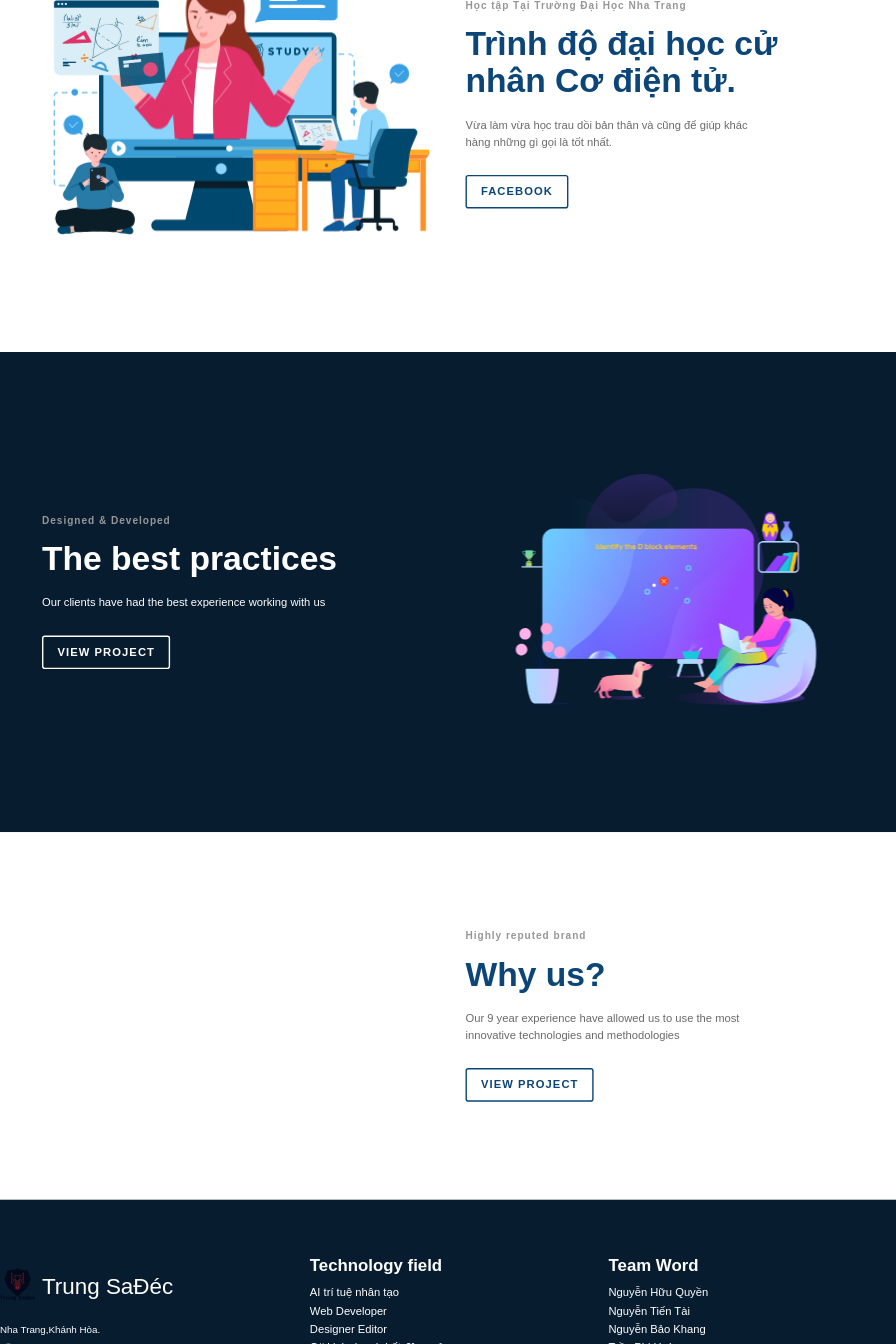
Repository: fdhhhdjd/Profile-Gift-B_H_Q_Trung
Page: /
An editor plug-in stored every save of this project. The page is shown before and after the next save, followed by the edit.
The browser window is 1280 px wide. The pictures show the part of the page from y = 1857 to 3777 px (the page is 3937 px tall before and 3944 px after), at 70% of full size.
The project was rebuilt for these pictures with package versions that can differ from the ones it lists, and the page was loaded fresh each time. Also part of the build but not shown: src/Styles/PricingStyles.js, src/Data/PricingData.js, src/Pages/PricingPage.js. Imported but missing from the stored project, and not drawn on this page: src/Pages/SignUpPage.

Above is the page before, as saved 2021-10-29 11:19:52.

### src/App.js
import logo from "./logo.svg";
import "./App.css";
import { BrowserRouter as Router, Switch, Route } from "react-router-dom";
import {
  Home,
  Navbar,
  GlobalStyles,
  PricingPage,
  Footer,
} from "./Imports/Index";
function App() {
  return (
    <>
      <Router>
        <GlobalStyles />
        <Navbar />
        <Switch>
          <Route path="/" exact component={Home} />
          <Route path="/pricing" exact component={PricingPage} />
        </Switch>
        <Footer />
      </Router>
    </>
  );
}

export default App;

### src/App.css
.App {
  text-align: center;
}
*{
  text-decoration: none;
}

.App-logo {
  height: 40vmin;
  pointer-events: none;
}

@media (prefers-reduced-motion: no-preference) {
  .App-logo {
    animation: App-logo-spin infinite 20s linear;
  }
}

.App-header {
  background-color: #282c34;
  min-height: 100vh;
  display: flex;
  flex-direction: column;
  align-items: center;
  justify-content: center;
  font-size: calc(10px + 2vmin);
  color: white;
}

.App-link {
  color: #61dafb;
}

@keyframes App-logo-spin {
  from {
    transform: rotate(0deg);
  }
  to {
    transform: rotate(360deg);
  }
}

### src/Imports/Index.js
export { default as Home } from "../Pages/Home";
export { default as PricingPage } from "../Pages/PricingPage";
export { default as SignUpPage } from "../Pages/SignUpPage";
export { default as Navbar } from "../Components/Navbar";
export { default as GlobalStyles } from "../Styles/GlobalStyles";
export { default as Hero } from "../Components/Hero";
export { default as Footer } from "../Pages/Footer";

### src/Pages/Home.js
import React, { memo, useRef, useEffect } from "react";
import { Hero } from "../Imports/Index";
import FeaturesData from "../Components/FeaturesData";
import { Content } from "../Components/Content";
import { heroOne, heroTwo, heroThree } from "../Data/HeroData";
const Home = () => {
  return (
    <>
      <Hero />
      <FeaturesData />
      <Content {...heroOne} />
      <Content {...heroTwo} />
      <Content {...heroThree} />
    </>
  );
};

export default memo(Home);

### src/Components/Navbar.js
import React, { useState, memo } from "react";
import { data } from "../Data/NavbarData";
import { FaRProject, FaTimes } from "react-icons/fa";
import { CgMenuRight } from "react-icons/cg";
import { IconContext } from "react-icons";
import { useLocation, useHistory } from "react-router-dom";
import {
  Nav,
  NavbarContainer,
  NavIcon,
  NavLogo,
  MobileIcon,
  NavMenu,
  NavItem,
  NavLinks,
} from "../Styles/NavbarStyles";
const Navbar = () => {
  const [show, setShow] = useState(false);
  let history = useHistory();
  let location = useLocation();
  const handleClick = () => {
    setShow(!show);
  };
  const scrollTo = (id) => {
    const element = document.getElementById(id);

    element.scrollIntoView({
      behavior: "smooth",
    });
  };
  const closeMobileMenu = (to, id) => {
    if (id && location.pathname === "/") {
      scrollTo(id);
    }

    history.push(to);
    setShow(false);
  };

  return (
    <>
      <IconContext.Provider value={{ color: "#fff" }}>
        <Nav>
          <NavbarContainer>
            <NavLogo to="/">
              <NavIcon src="./assets/logo2.png" alt="logo" />
              Trung&nbsp;SaĐéc
            </NavLogo>
            <MobileIcon onClick={handleClick}>
              {show ? <FaTimes /> : <CgMenuRight />}
            </MobileIcon>
            <NavMenu show={show}>
              {data.map((el, index) => (
                <NavItem key={index}>
                  <NavLinks onClick={() => closeMobileMenu(el.to, el.id)}>
                    {el.title}
                  </NavLinks>
                </NavItem>
              ))}
            </NavMenu>
          </NavbarContainer>
        </Nav>
      </IconContext.Provider>
    </>
  );
};

export default memo(Navbar);

### src/Components/Hero.js
import React, { useEffect, useRef, memo } from "react";
import { Button, Container, MainHeading } from "../Styles/GlobalStyles";
import {
  HeroVideo,
  HeroSection,
  HeroText,
  ButtonWrapper,
  HeroButton,
  CardB,
  ContactHero,
} from "../Styles/HeroStyles";
import { Typewriter } from "react-simple-typewriter";
import { Link } from "react-router-dom";
const Hero = () => {
  return (
    <>
      <HeroSection>
        <HeroVideo src="./assets/hero.mp4" autoPlay loop />
        <Container>
          <MainHeading>
            Hi,
            <CardB>
              <Typewriter
                loop
                cursor
                cursorStyle={"_"}
                pauseFor={1000}
                delaySpeed={3000}
                color="red"
                deleteSpeed={100}
                words={["I'm Bùi Huỳnh Quốc Trung "]}
              />
            </CardB>
          </MainHeading>
          <HeroText>
            Tôi,chuyên kiểm thử chip và làm vi mạch thiết bị điện tử tự động.
          </HeroText>
          <ButtonWrapper>
            <Link to="signup">
              <Button>Liên Hệ Ngay</Button>
            </Link>
            <a href="tel:0798805741">
              <HeroButton>Gọi Ngay</HeroButton>
            </a>
          </ButtonWrapper>
        </Container>
      </HeroSection>
    </>
  );
};

export default memo(Hero);

### src/Pages/Footer.js
import React from "react";
import {
  FooterLinkItems,
  FooterLinkTitle,
  FooterLink,
  FooterLogo,
  SocialIcon,
  FooterRights,
  FooterSocialIcon,
  FooterWrapper,
  FooterAddress,
  FooterColumn,
  FooterGrid,
} from "../Styles/FooterStyles";
import { footerData, footerSocialData } from "../Data/FooterData";
import { Row, Section } from "../Styles/GlobalStyles";

function Footer() {
  return (
    <Section padding="4rem 0 2rem 0">
      <FooterWrapper>
        <FooterGrid justify="space-between">
          <FooterColumn id="footerLogo">
            <FooterLogo to="/">
              <SocialIcon src="./assets/logo1.png" />
              Trung SaĐéc
            </FooterLogo>
            <FooterAddress>Nha Trang,Khánh Hòa.</FooterAddress>

            <Row align="center" margin="auto  0 0 0" gap="1rem">
              {footerSocialData.map((social, index) => (
                <FooterSocialIcon
                  key={index}
                  href={social.href}
                  target="_blank"
                  aria-label={social.name}
                >
                  {social.icon}
                </FooterSocialIcon>
              ))}
            </Row>
          </FooterColumn>
          {footerData.map((footerItem, index) => (
            <FooterLinkItems key={index}>
              <FooterLinkTitle>{footerItem.title}</FooterLinkTitle>
              {footerItem.links.map((link, linkIndex) => (
                <FooterLink key={linkIndex} href={link.href} target="_blank">
                  {link.name}
                </FooterLink>
              ))}
            </FooterLinkItems>
          ))}
        </FooterGrid>
        <FooterRights>
          Build React Website by Tai Heo Dev Web © 2021
        </FooterRights>
      </FooterWrapper>
    </Section>
  );
}

export default Footer;

### src/Components/FeaturesData.js
import React, { memo } from "react";
import { Section, Container } from "../Styles/GlobalStyles";
import {
  FeatureText,
  FeatureTitle,
  FeatureWrapper,
  FeatureColumn,
  FeatureImageWrapper,
  FeatureName,
  FeatureTextWrapper,
} from "../Styles/FeaturesStyles";
import { featuresData } from "../Data/FeaturesData";
const FeaturesData = () => {
  const initial = {
    y: 40,
    opacity: 0,
  };
  const animate = {
    y: 0,
    opacity: 1,
  };

  return (
    <>
      <Section smPadding="50px 10px" position="relative" inverse id="about">
        <Container>
          <FeatureTextWrapper>
            <FeatureTitle>Chúng tôi cung cấp gì cho bạn ?</FeatureTitle>
          </FeatureTextWrapper>
          <FeatureWrapper>
            {featuresData.map((el, index) => (
              <>
                <FeatureColumn
                  initial={initial}
                  animate={animate}
                  transition={{ duration: 0.5 + index * 0.1 }}
                  key={index}
                >
                  <FeatureImageWrapper className={el.imgClass}>
                    {el.icon}
                  </FeatureImageWrapper>
                  <FeatureName>{el.name}</FeatureName>
                  <FeatureText>{el.description}</FeatureText>
                </FeatureColumn>
              </>
            ))}
          </FeatureWrapper>
        </Container>
      </Section>
    </>
  );
};

export default memo(FeaturesData);

### src/Components/Content.js
import React, { useEffect, useRef } from "react";
import { Container, Section } from "../Styles/GlobalStyles";
import {
  ContentRow,
  TextWrapper,
  TopLine,
  Heading,
  ContentButton,
  Subtitle,
  ImgWrapper,
  Img,
  ContentColumn,
  ContentA,
  ContentButtonEmail,
} from "../Styles/ContentStyles";
export const Content = ({
  primary,
  topLine,
  headline,
  description,
  buttonLabel,
  img,
  alt,
  inverse,
  reverse,
  buttonLabelEmail,
  href,
  hrefEm,
  Arrow,
}) => {
  const img1 = useRef(Arrow);
  return (
    <Section inverse={inverse}>
      <Container>
        <ContentRow reverse={reverse}>
          <ContentColumn>
            <TextWrapper>
              <TopLine>{topLine.text}</TopLine>
              <Heading inverse={inverse}>{headline}</Heading>
              <Subtitle inverse={inverse}>{description}</Subtitle>
              <ContentA href={href} target="_blank">
                <ContentButton inverse={inverse} primary={primary}>
                  {buttonLabel}
                </ContentButton>
                &nbsp;&nbsp; &nbsp;
              </ContentA>
              {/* <ContentA href={hrefEm} target="_blank">
                <ContentButtonEmail inverse={inverse} primary={primary}>
                  {buttonLabelEmail}
                </ContentButtonEmail>
              </ContentA> */}
            </TextWrapper>
          </ContentColumn>
          <ContentColumn>
            <ImgWrapper>
              <Img options={img} />
            </ImgWrapper>
          </ContentColumn>
        </ContentRow>
      </Container>
    </Section>
  );
};

### src/Data/HeroData.js
import * as study from "../Json/study.json";
import * as practice from "../Json/practice.json";
const defaultOptions = {
  loop: true,
  autoplay: true,
  animationData: study.default,
  rendererSettings: {
    preserveAspectRatio: "xMidYMid slice",
  },
};
const defaultOptions1 = {
  loop: true,
  autoplay: true,
  animationData: practice.default,
  rendererSettings: {
    preserveAspectRatio: "xMidYMid slice",
  },
};
export const heroOne = {
  reverse: true,
  inverse: true,
  topLine: {
    text: "Học tập Tại Trường Đại Học Nha Trang",
  },
  headline: "Trình độ đại học cử nhân Cơ điện tử.",
  description:
    "Vừa làm vừa học trau dồi bản thân và cũng để giúp khác hàng những gì gọi là tốt nhất.",
  buttonLabel: "Facebook",
  buttonLabelEmail: "Email",
  href: "https://www.facebook.com/profile.php?id=100009136510942",
  hrefEm: "mailto:buihuynhquoctrung@gmail.com",
  imgStart: "start",
  img: defaultOptions,
  start: "true",
};

export const heroTwo = {
  reverse: false,
  inverse: false,
  topLine: {
    text: "Designed & Developed",
  },
  headline: "The best practices",
  description: "Our clients have had the best experience working with us",
  buttonLabel: "View Project",

  linkTo: "/more",
  imgStart: "start",
  img: defaultOptions1,
  start: "true",
};

export const heroThree = {
  reverse: true,
  inverse: true,
  topLine: {
    text: "Highly reputed brand",
  },
  headline: "Why us? ",
  description:
    "Our 9 year experience have allowed us to use the most innovative technologies and methodologies",
  buttonLabel: "View Project",

  linkTo: "/download",
  imgStart: "",
  img: "./assets/svg/ChartUp.svg",
  start: "true",
};

### src/Data/NavbarData.js
export const data = [
  {
    to: "/",
    title: "About",
    id: "about",
  },
  {
    to: "/signup",
    title: "Contact",
  },
  {
    to: "/pricing",
    title: "Pricing",
  },
];

### src/Styles/NavbarStyles.js
import styled from "styled-components";
import { Container } from "../Styles/GlobalStyles";
import { Link } from "react-router-dom";
export const Nav = styled.nav`
  background: transparent;
  margin-bottom: -80px;
  height: 80px;
  display: flex;
  justify-content: center;
  align-items: center;
  font-size: 1.2rem;
  position: absolute;
  top: 0;
  z-index: 50;
  width: 100%;

  transition: background-color 0.3s ease-in;
`;

export const NavbarContainer = styled(Container)`
  display: flex;
  justify-content: start;
  height: 80px;

  ${Container}
`;

export const NavLogo = styled(Link)`
  color: #fff;
  justify-self: flex-start;
  cursor: pointer;
  text-decoration: none;
  font-size: 2rem;
  display: flex;
  align-items: center;
  z-index: 50;
`;

export const NavIcon = styled.img`
  margin-right: 0, 5rem;
  width: 5rem;
`;

export const MobileIcon = styled.div`
  display: none;
  z-index: 50;

  @media screen and (max-width: 960px) {
    display: block;
    position: absolute;
    top: 0;
    right: 0;
    transform: translate(-100%, 60%);
    font-size: 1.8rem;
    cursor: pointer;
  }
`;

export const NavMenu = styled.ul`
  display: flex;
  align-items: center;
  list-style: none;
  text-align: center;
  width: 100%;

  @media screen and (max-width: 960px) {
    flex-direction: column;
    width: 100%;
    height: 100vh;
    position: fixed;
    padding-top: 30%;
    top: 0;
    left: 0;
    opacity: ${({ show }) => (show ? 1 : 0)};
    visibility: ${({ show }) => (show ? "visible" : "hidden")};
    transform: translateY(${({ show }) => (show ? "0" : "-10px")});
    transition: opacity 0.5s ease;
    background-color: #071c2f;
  }

  > li:first-child {
    margin-left: auto;
  }
`;

export const NavItem = styled.li`
  height: 80px;
  cursor: pointer;

  @media screen and (max-width: 960px) {
    width: 100%;

    &:hover {
      border: none;
    }
  }
`;

export const NavLinks = styled.span`
  color: #fff;
  display: flex;
  align-items: center;
  text-decoration: none;
  padding: 0.5rem 1rem;
  height: 100%;

  &:hover {
    color: #c8c9d8;
    transition: all 0.3s ease;
  }

  @media screen and (max-width: 960px) {
    text-align: center;
    padding: 2rem;
    width: 100%;
    display: table;

    &:hover {
      color: #4b59f7;
      transition: all 0.3s ease;
    }
  }
`;

export const NavBtnLink = styled(Link)`
  display: flex;
  justify-content: center;
  align-items: center;
  text-decoration: none;
  padding: 8px 16px;
  height: 100%;
  width: 100%;
  border: none;
  outline: none;
`;

### src/Styles/HeroStyles.js
import styled from "styled-components";
import { Button } from "../Styles/GlobalStyles";

export const HeroSection = styled.section`
  height: 100vh;
  background-position: center;
  background-size: cover;
  padding-top: clamp(70px, 25vh, 220px);
  box-shadow: inset 0 0 0 1000px rgba (0, 0, 0, 0.2);
`;

export const HeroVideo = styled.video`
  object-fit: cover;
  width: 100%;
  height: 100%;
  background: linear-gradient(to right, rgba(0, 0, 0, 0.7), rgba(0, 0, 0, 0.1));
  top: 0;
  position: absolute;
  z-index: -1;
`;

export const HeroText = styled.p`
  margin-bottom: 35px;
  font-size: clamp(0.9rem, 1.5vw, 1.3rem);
  line-height: 24px;
  text-align: center;
  letter-spacing: 2px;
  color: #fff;
`;

export const ButtonWrapper = styled.div`
  width: 100%;
  display: flex;
  justify-content: center;
  flex-flow: wrap;
  gap: 0.5rem;
`;

export const HeroButton = styled(Button)`
  color: black;

  &:before {
    background: #fff;
    height: 500%;
  }

  &:hover:before {
    height: 0%;
  }

  &:hover {
    color: white;
  }
`;
export const CardB = styled.b`
  color: blue;
`;
export const ContactHero = styled.b`
  width: 15px;
  height: 15px;
`;

### src/Data/FooterData.js
import React from "react";
import {
  FaFacebook,
  FaInstagram,
  FaYoutube,
  FaTwitter,
  FaLinkedin,
} from "react-icons/fa";

const iconStyle = (Icon) => <Icon />;

export const footerSocialData = [
  {
    name: "Facebook",
    href: "https://www.facebook.com/profile.php?id=100009136510942",
    icon: iconStyle(FaFacebook),
  },
  {
    name: "Instagram",
    href: "https://www.instagram.com/quoc_trung14/",
    icon: iconStyle(FaInstagram),
  },
  {
    name: "Email",
    href: "mailto:buihuynhquoctrung@gmail.com",
    icon: iconStyle(FaYoutube),
  },
  {
    name: "Zalo",
    href: "tel:0348561815",
    icon: iconStyle(FaTwitter),
  },
  {
    name: "Phone",
    href: "tel:0348561815",
    icon: iconStyle(FaLinkedin),
  },
];

export const footerData = [
  {
    title: "Technology field",
    links: [
      {
        name: "AI trí tuệ nhân tạo",
        href: "https://www.facebook.com/jonhny.nguyen.184",
      },
      {
        name: "Web Developer",
        href: "https://profile-forme.surge.sh/",
      },
      {
        name: "Designer Editor",
        href: "https://khang-designer.surge.sh//",
      },
      {
        name: "C#,kinh doanh bất động sản",
        href: "http://hoangpc.surge.sh/",
      },
      {
        name: "Vi mạch và chíp sử lý",
        href: "https://www.facebook.com/profile.php?id=100009136510942",
      },
    ],
  },
  {
    title: "Team Word",
    links: [
      {
        name: "Nguyễn Hữu Quyền",
        href: "https://www.facebook.com/jonhny.nguyen.184",
        title: "AI trí tuệ nhân tạo",
      },
      {
        name: "Nguyễn Tiến Tài",
        href: "https://www.facebook.com/profile.php?id=100006139249437",
      },
      {
        name: "Nguyễn Bảo Khang",
        href: "https://www.facebook.com/khanhgiangg102",
      },
      {
        name: "Trần Phi Hoàng",
        href: "https://www.facebook.com/hoang.p.tran.12",
      },
      {
        name: "Bùi Huỳnh Quốc Trung",
        href: "https://www.facebook.com/profile.php?id=100009136510942",
      },
    ],
  },
];

### src/Styles/FeaturesStyles.js
import styled from "styled-components";

export const FeatureTitle = styled.h2`
  text-align: center;
  font-size: clamp(1.3rem, 13vw, 3.1rem);
  line-height: 1.06;
  letter-spacing: 0.4rem;
  margin: auto;
`;

export const FeatureTextWrapper = styled.div`
  position: relative;
  padding: 0 0 20px;
  margin-bottom: 4rem;
`;

export const FeatureWrapper = styled.div`
  display: grid;
  grid-template-columns: repeat(3, 1fr);
  margin-top: 4rem;
  grid-gap: 2rem;

  @media screen and (max-width: 1100px) {
    grid-template-columns: repeat(2, 1fr);
    grid-row-gap: 3rem;
  }

  @media screen and (max-width: 568px) {
    grid-template-columns: repeat(1, 1fr);
  }
`;

export const FeatureColumn = styled.div`
  display: flex;
  flex-flow: column;
  justify-content: center;
  align-items: center;
  background: #f3f3f3;
  padding: 10px;
  box-shadow: 0 0 32px 8px #d0d0d0;
  border-radius: 20px;
`;

export const FeatureImageWrapper = styled.div`
  margin-bottom: 1rem;
  border-radius: 50%;
  border: 2px solid #000;

  padding: 30px;
`;
export const FeatureName = styled.h3`
  font-weight: 600;
  font-size: 1.3rem;
  letter-spacing: 2px;

  @media screen and (max-width: 768px) {
    font-weight: 400;
    font-size: 1rem;
    letter-spacing: 1.3px;
  }
`;
export const FeatureText = styled.p`
  margin: 1rem 0 auto;
  text-align: center;
  font-size: 0.9rem;
  line-height: 1.73;
  letter-spacing: 0.5px;
  color: #626881;

  @media screen and (max-width: 768px) {
    display: none;
  }
`;

### src/Data/FeaturesData.js
import React from "react";

import { BsFillShieldLockFill } from "react-icons/bs";
import { IoIosOptions } from "react-icons/io";
import { AiOutlineCloudUpload } from "react-icons/ai";
import { BiSupport, BiDollar } from "react-icons/bi";
import { GrHostMaintenance } from "react-icons/gr";
const iconStyle = (Icon) => <Icon size="3rem" color="#0f0f0f" />;

export const featuresData = [
  {
    name: "Bảo mật dữ liệu",
    description:
      "Chúng tôi luôn đặt hàng đầu về vấn đề này để quý khách an tâm nhất.",
    icon: iconStyle(BsFillShieldLockFill),
    imgClass: "one",
  },
  {
    name: "Dễ Sử dụng",
    description:
      "Chip hay mạch đều lắp ráp và lập trình với mức độ dễ sử dụng nhất đến với khác hàng ",
    icon: iconStyle(IoIosOptions),
    imgClass: "two",
  },
  {
    name: "Vấn đề bảo hàng bảo dưỡng",
    description:
      "Bảo hàng bảo dường những thiết bị điện tử luôn được chúng tôi thiết kế dễ bảo trì sữa chữa.",
    icon: iconStyle(GrHostMaintenance),
    imgClass: "three",
  },
  {
    name: " Đội ngủ hộ trợ 24/7 ",
    description:
      "Nếu có thắc mắc hay vấn đề đội ngủ chúng tôi luôn giúp đỡ 24/7",
    icon: iconStyle(BiSupport),
    imgClass: "four",
  },
  {
    name: "Giá cả",
    description:
      "Luôn với mức ưu đãi nhất cho quý khách,chip,... mức giá thị trường.",
    icon: iconStyle(BiDollar),
    imgClass: "five",
  },
  {
    name: "Sản phẩm",
    description:
      "Đa dạng để phục vụ tất cả những yêu cầu của khách cùng với mức độ tin cậy nhất. ",
    icon: iconStyle(AiOutlineCloudUpload),
    imgClass: "six",
  },
];

Loaded but not shown: public/index.html (common file); src/index.js (common file); src/index.css (common file); src/reportWebVitals.js (common file); src/Json/study.json (1 lines, source omitted); src/Json/practice.json (1 lines, source omitted); src/Styles/GlobalStyles.js (140 lines, source omitted); src/Styles/ContentStyles.js (194 lines, source omitted); src/Styles/FooterStyles.js (161 lines, source omitted)

After the next save:
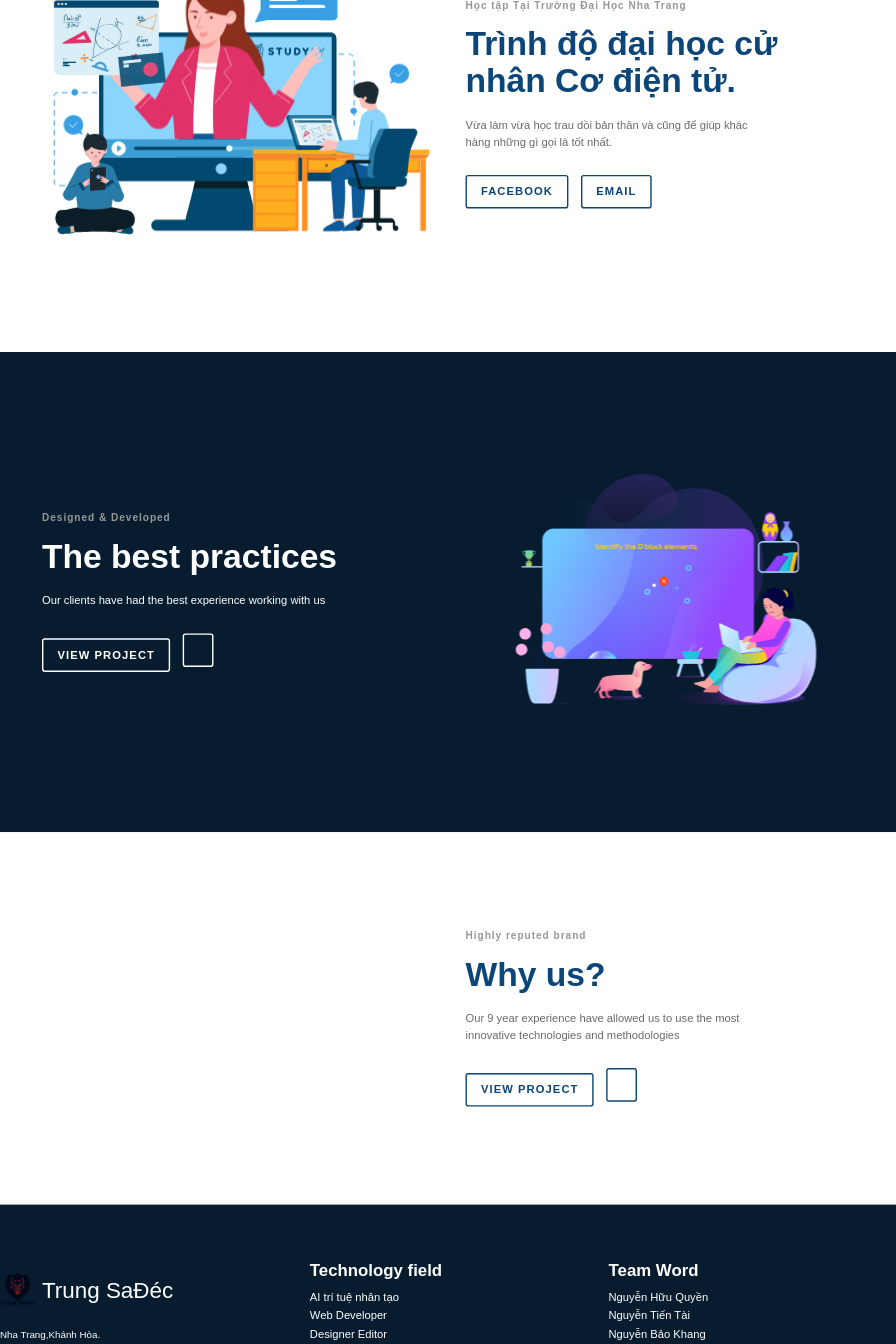
Saved 17 s later.
--- a/src/Components/Content.js
+++ b/src/Components/Content.js
@@ -44,11 +44,11 @@ export const Content = ({
                 </ContentButton>
                 &nbsp;&nbsp; &nbsp;
               </ContentA>
-              {/* <ContentA href={hrefEm} target="_blank">
+              <ContentA href={hrefEm} target="_blank">
                 <ContentButtonEmail inverse={inverse} primary={primary}>
                   {buttonLabelEmail}
                 </ContentButtonEmail>
-              </ContentA> */}
+              </ContentA>
             </TextWrapper>
           </ContentColumn>
           <ContentColumn>
